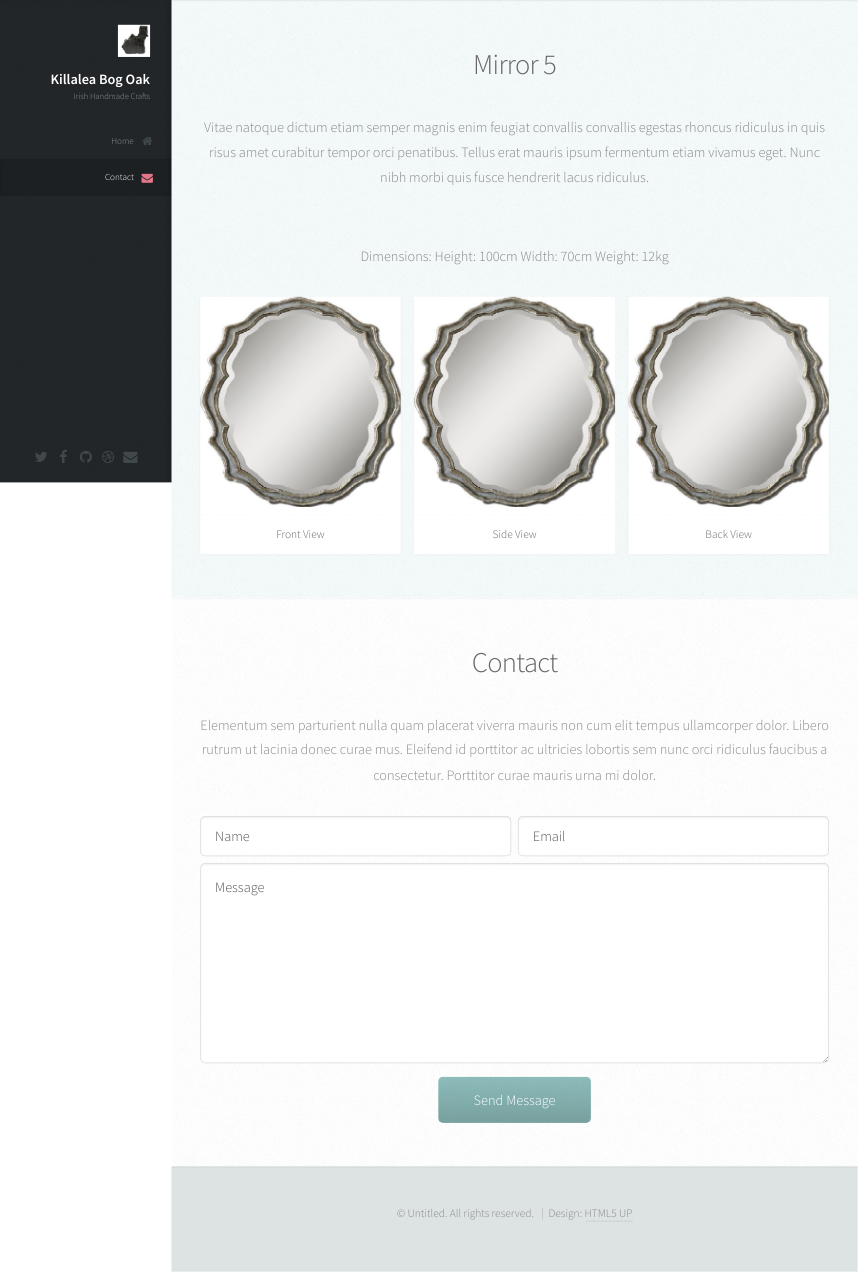
Repository: patrickkillalea/bogoak
Page: workspace/mirrors5.html
The author's editor kept a record of every edit. The page is drawn from the files as they stood at one moment, then again after the next edit.
The browser window is 1280 px wide. The pictures show the whole page, at 67% of full size.

Above is the page before.

### workspace/mirrors5.html
<!DOCTYPE HTML>
<!--
	Prologue by HTML5 UP
	html5up.net | @n33co
	Free for personal and commercial use under the CCA 3.0 license (html5up.net/license)
-->
<html>

<head>
	<title>Prologue by HTML5 UP</title>
	<meta http-equiv="content-type" content="text/html; charset=utf-8" />
	<meta name="description" content="" />
	<meta name="keywords" content="" />
	<!--[if lte IE 8]><script src="css/ie/html5shiv.js"></script><![endif]-->
	<script src="js/jquery.min.js"></script>
	<script src="js/jquery.scrolly.min.js"></script>
	<script src="js/jquery.scrollzer.min.js"></script>
	<script src="js/skel.min.js"></script>
	<script src="js/skel-layers.min.js"></script>
	<script src="js/init.js"></script>
	<noscript>
		<link rel="stylesheet" href="css/skel.css" />
		<link rel="stylesheet" href="css/style.css" />
		<link rel="stylesheet" href="css/style-wide.css" />
	</noscript>
	<!--[if lte IE 9]><link rel="stylesheet" href="css/ie/v9.css" /><![endif]-->
	<!--[if lte IE 8]><link rel="stylesheet" href="css/ie/v8.css" /><![endif]-->
</head>

<body>

	<!-- Header -->
	<div id="header" class="skel-layers-fixed">

		<div class="top">

			<!-- Logo -->
			<div id="logo">
				<span class="image avatar48"><img src="images/bogoakicon.jpg" alt="" /></span>
				<h1 id="title">Killalea Bog Oak</h1>
				<p>Irish Handmade Crafts</p>
			</div>

			<!-- Nav -->
			<nav id="nav">
				<!--

								Prologue's nav expects links in one of two formats:

								1. Hash link (scrolls to a different section within the page)

								   <li><a href="#foobar" id="foobar-link" class="icon fa-whatever-icon-you-want skel-layers-ignoreHref"><span class="label">Foobar</span></a></li>

								2. Standard link (sends the user to another page/site)

								   <li><a href="http://foobar.tld" id="foobar-link" class="icon fa-whatever-icon-you-want"><span class="label">Foobar</span></a></li>

							-->
				<ul>
					<li><a href="index.html" id="top-link" class="skel-layers-ignoreHref"><span class="icon fa-home">Home</span></a>
					</li>
					<li><a href="#contact" id="contact-link" class="skel-layers-ignoreHref"><span class="icon fa-envelope">Contact</span></a>
					</li>
				</ul>
			</nav>

		</div>

		<div class="bottom">

			<!-- Social Icons -->
			<ul class="icons">
				<li><a href="#" class="icon fa-twitter"><span class="label">Twitter</span></a>
				</li>
				<li><a href="#" class="icon fa-facebook"><span class="label">Facebook</span></a>
				</li>
				<li><a href="#" class="icon fa-github"><span class="label">Github</span></a>
				</li>
				<li><a href="#" class="icon fa-dribbble"><span class="label">Dribbble</span></a>
				</li>
				<li><a href="#" class="icon fa-envelope"><span class="label">Email</span></a>
				</li>
			</ul>

		</div>

	</div>

	<!-- Main -->
	<div id="main">


		<!-- Portfolio -->
		<section id="portfolio" class="two">
			<div class="container">

				<header>
					<h2>Mirror 5</h2>
				</header>

				<p>Vitae natoque dictum etiam semper magnis enim feugiat convallis convallis egestas rhoncus ridiculus in quis risus amet curabitur tempor orci penatibus. Tellus erat mauris ipsum fermentum etiam vivamus eget. Nunc nibh morbi quis fusce hendrerit lacus
					ridiculus.</p></br>
					<p>Dimensions: Height: 100cm Width: 70cm Weight: 12kg</p>

				<div class="row">
					<div class="4u">
						<article class="item">
							<a href="#" class="image fit">
								<img src="images_mirror/5.jpg" alt="" />
							</a>
							<header>
								<h3>Front View</h3>
							</header>
						</article>
					</div>
					<div class="4u">
						<article class="item">
							<a href="#" class="image fit">
								<img src="images_mirror/5.jpg" alt="" />
							</a>
							<header>
								<h3>Side View</h3>
							</header>
						</article>
					</div>
					<div class="4u">
						<article class="item">
							<a href="#" class="image fit">
								<img src="images_mirror/5.jpg" alt="" />
							</a>
							<header>
								<h3>Back View</h3>
							</header>
						</article>
					</div>
				</div>

			</div>
		</section>

		<!-- Contact -->
		<section id="contact" class="seven">
			<div class="container">

				<header>
					<h2>Contact</h2>
				</header>

				<p>Elementum sem parturient nulla quam placerat viverra mauris non cum elit tempus ullamcorper dolor. Libero rutrum ut lacinia donec curae mus. Eleifend id porttitor ac ultricies lobortis sem nunc orci ridiculus faucibus a consectetur. Porttitor curae
					mauris urna mi dolor.</p>

				<form method="post" action="#">
					<div class="row 50%">
						<div class="6u">
							<input type="text" name="name" placeholder="Name" />
						</div>
						<div class="6u">
							<input type="text" name="email" placeholder="Email" />
						</div>
					</div>
					<div class="row 50%">
						<div class="12u">
							<textarea name="message" placeholder="Message"></textarea>
						</div>
					</div>
					<div class="row">
						<div class="12u">
							<input type="submit" value="Send Message" />
						</div>
					</div>
				</form>

			</div>
		</section>

	</div>

	<!-- Footer -->
	<div id="footer">

		<!-- Copyright -->
		<ul class="copyright">
			<li>&copy; Untitled. All rights reserved.</li>
			<li>Design: <a href="http://html5up.net">HTML5 UP</a>
			</li>
		</ul>

	</div>

</body>

</html>

### workspace/css/style.css
@charset 'UTF-8';
@import url("font-awesome.min.css");
@import url("http://fonts.googleapis.com/css?family=Source+Sans+Pro:300,300italic,400,600");

/*
	Prologue by HTML5 UP
	html5up.net | @n33co
	Free for personal and commercial use under the CCA 3.0 license (html5up.net/license)
*/

/*********************************************************************************/
/* Basic                                                                         */
/*********************************************************************************/

	body
	{
		background: #fff;
	}

		body.is-loading *
		{
			-moz-transition: none !important;
			-webkit-transition: none !important;
			-o-transition: none !important;
			-ms-transition: none !important;
			transition: none !important;
			-moz-animation: none !important;
			-webkit-animation: none !important;
			-o-animation: none !important;
			-ms-animation: none !important;
			animation: none !important;
		}

	body,input,textarea,select
	{
		font-family: 'Source Sans Pro', sans-serif;
		font-size: 19pt;
		font-weight: 300;
		line-height: 1.75em;
		color: #888;
	}

	h1,h2,h3,h4,h5,h6
	{
		font-weight: 300;
		color: #666;
		line-height: 1.5em;
	}

		h1 a, h2 a, h3 a, h4 a, h5 a, h6 a
		{
			color: inherit;
			text-decoration: none;
		}

		h1 strong, h2 strong, h3 strong, h4 strong, h5 strong, h6 strong
		{
			color: #333;
		}

		h2
		{
			font-size: 2em;
			letter-spacing: -1px;
		}

			h2.alt
			{
				color: #888;
			}

			h2.alt strong
			{
				color: #666;
			}

		h3
		{
			font-size: 1.5em;
		}

	header
	{
		margin: 0 0 2em 0;
	}

		header > p
		{
			margin: 1em 0 0 0;
		}

	footer
	{
		margin: 2em 0 0 0;
	}

	strong, b
	{
		font-weight: 300;
		color: #666;
	}

	em, i
	{
		font-style: italic;
	}

	a
	{
		text-decoration: none;
		color: inherit;
		border-bottom: dotted 1px rgba(128,128,128,0.5);
		-moz-transition: color 0.35s ease-in-out, border-bottom-color 0.35s ease-in-out;
		-webkit-transition: color 0.35s ease-in-out, border-bottom-color 0.35s ease-in-out;
		-o-transition: color 0.35s ease-in-out, border-bottom-color 0.35s ease-in-out;
		-ms-transition: color 0.35s ease-in-out, border-bottom-color 0.35s ease-in-out;
		transition: color 0.35s ease-in-out, border-bottom-color 0.35s ease-in-out;
		outline: 0;
	}

		a:hover
		{
			color: #E27689;
			border-bottom-color: rgba(255,255,255,0);
		}

	sub
	{
		position: relative;
		top: 0.5em;
		font-size: 0.8em;
	}

	sup
	{
		position: relative;
		top: -0.5em;
		font-size: 0.8em;
	}

	hr
	{
		border: 0;
		border-top: solid 1px #ddd;
	}

	blockquote
	{
		border-left: solid 0.5em #ddd;
		padding: 1em 0 1em 2em;
		font-style: italic;
	}

	p, ul, ol, dl, table
	{
		margin-bottom: 2em;
	}

	br.clear
	{
		clear: both;
	}

	/* Sections/Article */

		section,
		article
		{
			margin-bottom: 3em;
		}

			section > :last-child,
			article > :last-child,
			section > .container > :last-child,
			article > .container > :last-child
			{
				margin-bottom: 0;
			}

			section:last-child,
			article:last-child
			{
				margin-bottom: 0;
			}

			.row > section,
			.row > article
			{
				margin-bottom: 0;
			}

	/* Image */

		.image
		{
			display: inline-block;
			border: 0;
		}

			.image img
			{
				display: block;
				width: 100%;
			}

			.image.avatar48
			{
				width: 48px;
				height: 48px;
				background: #f00;
			}

				.image.avatar48 img
				{
					width: 48px;
					height: 48px;
				}

			.image.fit
			{
				display: block;
				width: 100%;
			}

			.image.featured
			{
				display: block;
				width: 100%;
				margin: 0 0 2em 0;
			}

			.image.left
			{
				float: left;
				margin: 0 2em 2em 0;
			}

			.image.centered
			{
				display: block;
				margin: 0 0 2em 0;
			}

				.image.centered img
				{
					margin: 0 auto;
					width: auto;
				}

	/* List */

		ul
		{
		}

			ul.default
			{
				list-style: disc;
				padding-left: 1em;
			}

				ul.default li
				{
					padding-left: 0.5em;
				}

			ul.icons
			{
				cursor: default;
			}

				ul.icons li
				{
					display: inline-block;
				}

					ul.icons a
					{
						display: inline-block;
						width: 2em;
						height: 2em;
						line-height: 2em;
						text-align: center;
						border: 0;
					}

		ol
		{
		}

			ol.default
			{
				list-style: decimal;
				padding-left: 1.25em;
			}

				ol.default li
				{
					padding-left: 0.25em;
				}

	/* Form */

		form
		{
		}

			form label
			{
				display: block;
				text-align: left;
				margin-bottom: 0.5em;
			}

			form input[type="text"],
			form input[type="email"],
			form input[type="password"],
			form select,
			form textarea
			{
				position: relative;
				-webkit-appearance: none;
				display: block;
				border: 0;
				outline: 0;
				background: #fff;
				background: rgba(255,255,255,0.75);
				width: 100%;
				border-radius: 0.35em;
				padding: 0.75em 1em 0.75em 1em;
				box-shadow: inset 0 0.1em 0.1em 0 rgba(0,0,0,0.05);
				border: solid 1px rgba(0,0,0,0.15);
				-moz-transition: all 0.35s ease-in-out;
				-webkit-transition: all 0.35s ease-in-out;
				-o-transition: all 0.35s ease-in-out;
				-ms-transition: all 0.35s ease-in-out;
				transition: all 0.35s ease-in-out;
			}

				form input[type="text"],
				form input[type="email"],
				form input[type="password"],
				form select
				{
					line-height: 1.25em;
				}

				form input[type="text"]:focus,
				form input[type="email"]:focus,
				form input[type="password"]:focus,
				form select:focus,
				form textarea:focus
				{
					box-shadow: 0 0 2px 1px #8ebebc;
					background: #fff;
				}

				form textarea
				{
					min-height: 14em;
				}

				form .formerize-placeholder
				{
					color: #555 !important;
				}

				form ::-webkit-input-placeholder
				{
					color: #555 !important;
				}

				form :-moz-placeholder
				{
					color: #555 !important;
				}

				form ::-moz-placeholder
				{
					color: #555 !important;
				}

				form :-ms-input-placeholder
				{
					color: #555 !important;
				}

				form ::-moz-focus-inner
				{
					border: 0;
				}

	/* Table */

		table
		{
			width: 100%;
		}

			table.default
			{
				width: 100%;
				text-align: left;
			}

				table.default tbody tr:nth-child(2n+2)
				{
					background: #f4f4f4;
				}

				table.default td
				{
					padding: 0.5em 1em 0.5em 1em;
				}

				table.default th
				{
					text-align: left;
					padding: 0.5em 1em 0.5em 1em;
					color: #fff;
					background: #222729 url('images/overlay.png');
				}

				table.default thead
				{
					background: #444;
					color: #fff;
				}

				table.default tfoot
				{
					background: #eee;
				}

				table.default tbody
				{
				}

	/* Button */

		input[type="button"],
		input[type="submit"],
		input[type="reset"],
		.button
		{
			position: relative;
			display: inline-block;
			border-radius: 0.35em;
			color: #fff !important;
			text-decoration: none;
			padding: 0.75em 2.5em 0.75em 2.5em;
			background-color: #8ebebc;
			border: 0;
			cursor: pointer;
			background-image: -moz-linear-gradient(top, rgba(0,0,0,0), rgba(0,0,0,0.15)), url('images/overlay.png');
			background-image: -webkit-linear-gradient(top, rgba(0,0,0,0), rgba(0,0,0,0.15)), url('images/overlay.png');
			background-image: -o-linear-gradient(top, rgba(0,0,0,0), rgba(0,0,0,0.15)), url('images/overlay.png');
			background-image: -ms-linear-gradient(top, rgba(0,0,0,0), rgba(0,0,0,0.15)), url('images/overlay.png');
			background-image: linear-gradient(top, rgba(0,0,0,0), rgba(0,0,0,0.15)), url('images/overlay.png');
			-moz-transition: background-color 0.35s ease-in-out;
			-webkit-transition: background-color 0.35s ease-in-out;
			-o-transition: background-color 0.35s ease-in-out;
			-ms-transition: background-color 0.35s ease-in-out;
			transition: background-color 0.35s ease-in-out;
		}

			input[type="button"]:hover,
			input[type="submit"]:hover,
			input[type="reset"]:hover,
			.button:hover
			{
				background-color: #9ececc;
			}

			input[type="button"]:active,
			input[type="submit"]:active,
			input[type="reset"]:active,
			.button:active
			{
				background-color: #7eaeac;
			}

	/* Item */

		.item
		{
			box-shadow: 0 0.05em 0.15em 0 rgba(0,0,0,0.05);
			margin-bottom: 40px;
		}

			.item header
			{
				background: #fff;
				margin: 0;
				padding: 1em 0 1em 0;
				font-size: 0.8em;
			}

				.item header h3
				{
					font-size: 1em;
				}

/*********************************************************************************/
/* Icons                                                                         */
/*********************************************************************************/

	.icon {
		text-decoration: none;
	}

		.icon:before {
			display: inline-block;
			font-family: FontAwesome;
			font-size: 1.25em;
			text-decoration: none;
			font-style: normal;
			font-weight: normal;
			line-height: 1;
			-webkit-font-smoothing:antialiased;
			-moz-osx-font-smoothing:grayscale;
		}

		.icon > .label {
			display: none;
		}

/*********************************************************************************/
/* Header                                                                        */
/*********************************************************************************/

	#header
	{
		position: fixed;
		top: 0;
		left: 0;
		width: 375px;
		height: 100%;
		color: #fff;
		background: #222629 url('images/overlay.png');
		box-shadow: inset -0.25em 0 0.25em 0 rgba(0,0,0,0.1);
		text-align: right;
	}

		#header .top
		{
			position: absolute;
			left: 0;
			top: 0;
			width: 100%;
		}

		#header .bottom
		{
			position: absolute;
			left: 0;
			bottom: 0;
			width: 100%;
		}

		#header .icons
		{
			font-size: 0.8em;
			margin: 0 0 1em 0;
			text-align: center;
		}

			#header .icons a
			{
				color: #41484c;
				-moz-transition: color 0.35s ease-in-out;
				-webkit-transition: color 0.35s ease-in-out;
				-o-transition: color 0.35s ease-in-out;
				-ms-transition: color 0.35s ease-in-out;
				transition: color 0.35s ease-in-out;
			}

				#header .icons a:hover
				{
					color: #fff;
				}

	#logo
	{
		position: relative;
		margin: 1.75em 1.5em 1.5em 1.5em;
		min-height: 48px;
		cursor: default;
	}

		#logo h1
		{
			position: relative;
			color: #fff;
			font-weight: 600;
			font-size: 1em;
			line-height: 1em;
		}

		#logo p
		{
			position: relative;
			display: block;
			font-size: 0.6em;
			color: rgba(255,255,255,0.5);
			line-height: 1.25em;
			margin: 0.5em 0 0 0;
		}

		#logo .image
		{
			position: absolute;
			left: 0;
			top: 0;
		}

	#nav
	{
	}

		#nav ul
		{
		}

			#nav ul li
			{
			}

				#nav ul li a
				{
					display: block;
					padding: 0.5em 1.5em 0.5em 1.5em;
					color: rgba(255,255,255,0.5);
					text-decoration: none;
					outline: 0;
					border: 0;
					-moz-transition: none;
					-webkit-transition: none;
					-o-transition: none;
					-ms-transition: none;
					transition: none;
				}

					#nav ul li a span
					{
						position: relative;
						display: block;
						font-size: 0.8em;
					}

						#nav ul li a span:before
						{
							position: absolute;
							left: 0;
							color: #41484c;
							text-align: center;
							width: 1.25em;
							line-height: 1.75em;
						}

					#nav ul li a.active
					{
						background: rgba(0,0,0,0.15);
						box-shadow: inset 0 0 0.25em 0 rgba(0,0,0,0.125);
						color: #fff;
					}

						#nav ul li a.active span
						{
						}

							#nav ul li a.active span:before
							{
								color: #e27689;
							}

/*********************************************************************************/
/* Footer                                                                        */
/*********************************************************************************/

	#footer
	{
		margin-left: 375px;
		text-align: center;
		background-color: #dce3e2;
		padding: 3em 0 4em 0;
		box-shadow: inset 0 1px 0 0 rgba(0,0,0,0.05), inset 0 0.1em 0.1em 0 rgba(0,0,0,0.025);
		font-size: 0.8em;
	}

		#footer .copyright
		{
			cursor: default;
			margin: 0;
		}

			#footer .copyright li
			{
				display: inline-block;
				line-height: 1em;
				border-left: solid 1px rgba(128,128,128,0.35);
				padding: 0 0 0 0.5em;
				margin: 0 0 0 0.5em;
			}

			#footer .copyright li:first-child
			{
				border-left: 0;
				padding-left: 0;
				margin-left: 0;
			}

/*********************************************************************************/
/* Main                                                                          */
/*********************************************************************************/

	#main
	{
		margin-left: 375px;
	}

		#main > section
		{
			margin: 0;
			overflow: hidden;
			padding: 4em 0;
			box-shadow: inset 0 1px 0 0 rgba(0,0,0,0.05), inset 0 0.1em 0.1em 0 rgba(0,0,0,0.025);
			text-align: center;
			background-image: url('images/overlay.png');
		}

			#main > section.dark
			{
				color: #ddd;
				color: rgba(255,255,255,0.75);
			}

				#main > section.dark h2,
				#main > section.dark h3,
				#main > section.dark h4,
				#main > section.dark h5,
				#main > section.dark h6
				{
					color: inherit;
				}

				#main > section.dark strong,
				#main > section.dark a
				{
					color: #fff;
					border-color: inherit;
				}

					#main > section.dark a:hover
					{
						border-bottom-color: rgba(255,255,255,0);
					}

			#main > section.cover
			{
				padding: 6em 0;
				background-size: cover;
				background-position: center center;
			}

			#main > section.one
			{
				background-color: #81918E;
				background-image: url('../images/banner.jpg');
			}

			#main > section.two
			{
				background-color: #f5fafa;
			}

			#main > section.three
			{
				background-color: #ecf1f1;
			}

			#main > section.four
			{
				background-color: #e8edec;
			}

### workspace/css/style-wide.css
/*
	Prologue by HTML5 UP
	html5up.net | @n33co
	Free for personal and commercial use under the CCA 3.0 license (html5up.net/license)
*/

/*********************************************************************************/
/* Basic                                                                         */
/*********************************************************************************/

	body,input,textarea,select
	{
		font-size: 17pt;
	}

/*********************************************************************************/
/* Header                                                                        */
/*********************************************************************************/

	#header
	{
		width: 300px;
	}

/*********************************************************************************/
/* Footer                                                                        */
/*********************************************************************************/

	#footer
	{
		margin-left: 300px;
	}

/*********************************************************************************/
/* Main                                                                          */
/*********************************************************************************/

	#main
	{
		margin-left: 300px;
	}

### workspace/css/style-narrow.css
/*
	Prologue by HTML5 UP
	html5up.net | @n33co
	Free for personal and commercial use under the CCA 3.0 license (html5up.net/license)
*/

/*********************************************************************************/
/* Basic                                                                         */
/*********************************************************************************/

	body,input,textarea,select
	{
		font-size: 16pt;
	}

	.container
	{
		padding: 0 2em 0 2em;
	}

	/* List */

		ul
		{
		}

			ul.icons
			{
			}

				ul.icons li
				{
				}

				ul.icons li a
				{
					width: 1.75em;
				}

	/* Item */

		.item
		{
			margin-bottom: 20px;
		}

/*********************************************************************************/
/* Header                                                                        */
/*********************************************************************************/

	#header
	{
		width: 20%;
	}

	#logo
	{
	}

		#logo .image
		{
			position: relative;
			margin: 0 0 0.5em 0;
		}

	#nav
	{
	}

		#nav ul
		{
		}

			#nav ul li
			{
			}

				#nav ul li a
				{
					font-size: 0.8em;
					padding-top: 0.5em;
					padding-bottom: 0.5em;
				}

					#nav ul li a span
					{
						padding-right: 2.25em;
					}

						#nav ul li a span:before
						{
							left: 100%;
							margin-left: -1.25em;
							line-height: 2.25em;
						}

/*********************************************************************************/
/* Footer                                                                        */
/*********************************************************************************/

	#footer
	{
		margin-left: 20%;
	}

/*********************************************************************************/
/* Main                                                                          */
/*********************************************************************************/

	#main
	{
		margin-left: 20%;
	}

Loaded but not shown: workspace/js/jquery.min.js (library); workspace/js/jquery.scrolly.min.js (common file); workspace/js/jquery.scrollzer.min.js (common file); workspace/js/skel.min.js (library); workspace/js/skel-layers.min.js (library); workspace/css/style-normal.css (common file); workspace/css/font-awesome.min.css (library); workspace/js/init.js (125 lines, source omitted)

After the next edit:
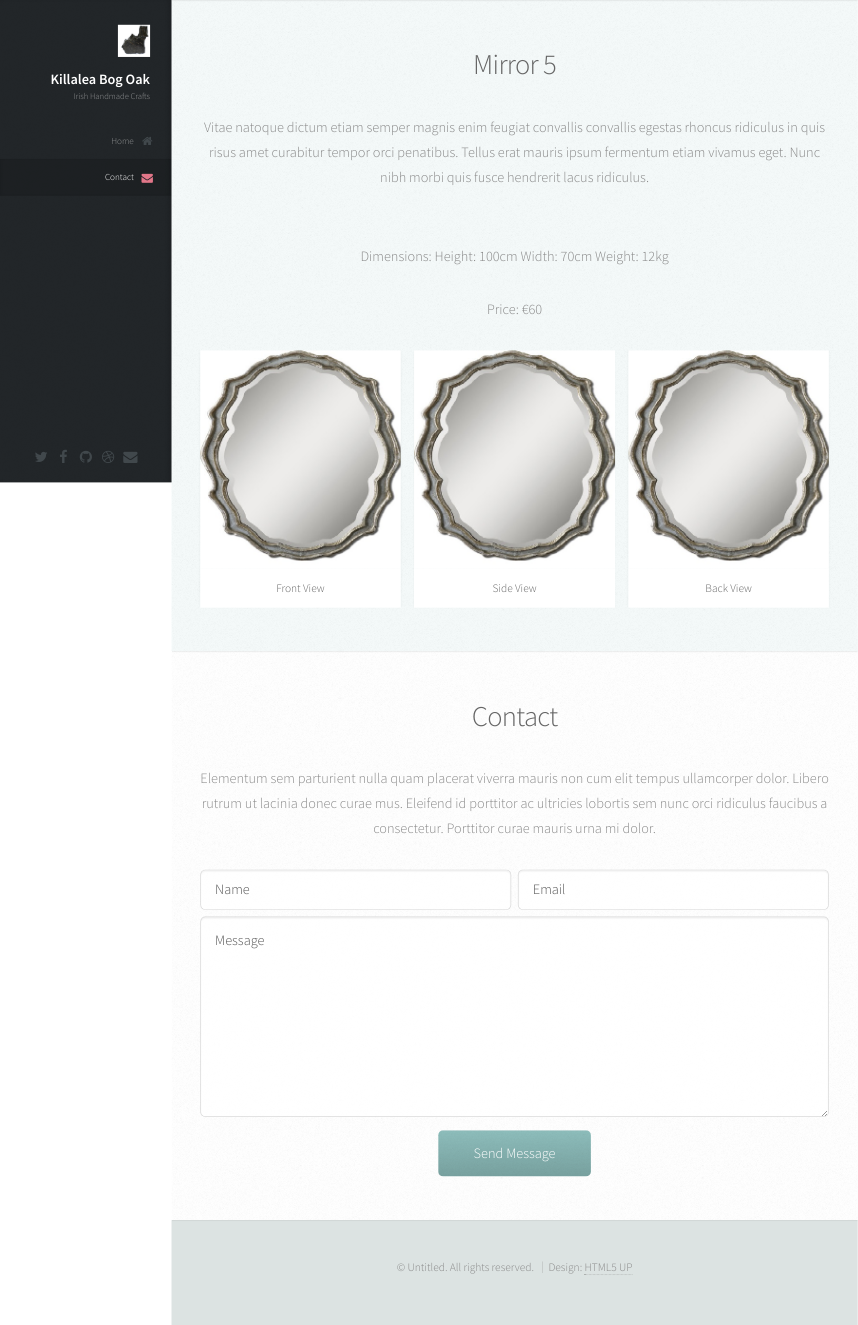
The edit:
--- a/workspace/mirrors5.html
+++ b/workspace/mirrors5.html
@@ -101,6 +101,7 @@
 				<p>Vitae natoque dictum etiam semper magnis enim feugiat convallis convallis egestas rhoncus ridiculus in quis risus amet curabitur tempor orci penatibus. Tellus erat mauris ipsum fermentum etiam vivamus eget. Nunc nibh morbi quis fusce hendrerit lacus
 					ridiculus.</p></br>
 					<p>Dimensions: Height: 100cm Width: 70cm Weight: 12kg</p>
+					<p>Price: €60</p>
 
 				<div class="row">
 					<div class="4u">
